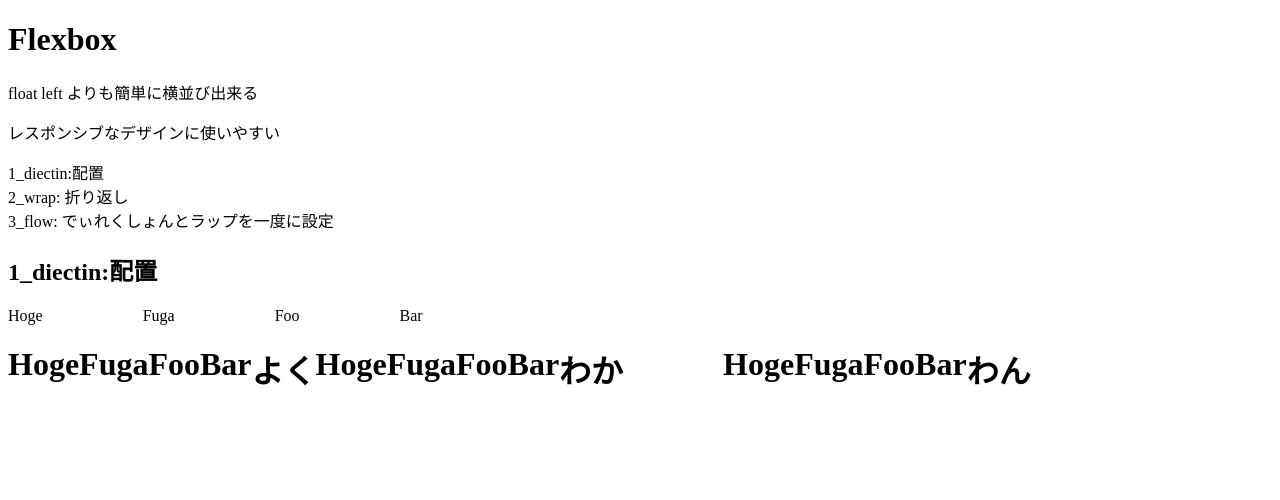
Repository: YokoInoue-u/samurai_HTML-CSS
Page: chap14.html
The author's editor kept a record of every edit. The page is drawn from the files as they stood at one moment, then again after the next edit.
The browser window is 1280 px wide. The pictures show the whole page.

Above is the page before.

After the next edit:
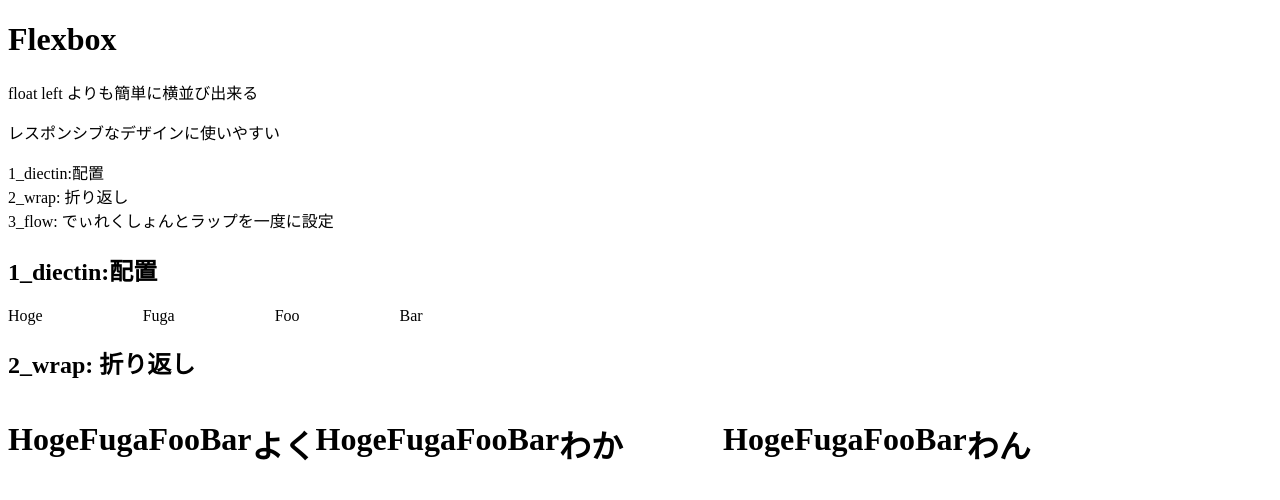
The edit:
--- a/chap14.html
+++ b/chap14.html
@@ -50,7 +50,7 @@
                 Bar
             </div>
         </div>
-
+    <h2>2_wrap: 折り返し</h2>
         <div id="no-wrap">
             <h1>Hoge</h1>
             <h1>Fuga</h1>
